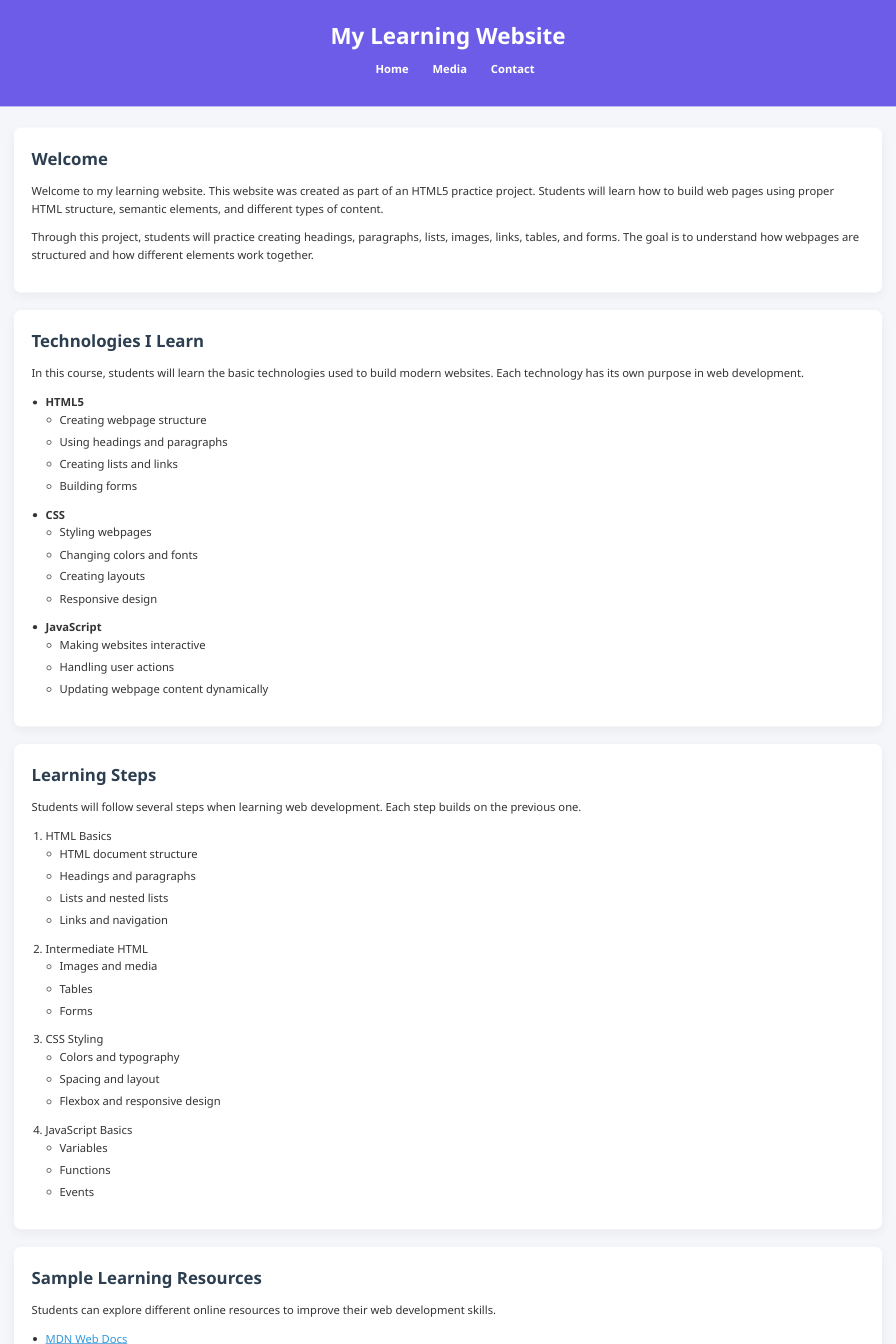
Repository: Than-sothearak/web_client_programing
Page: Week_03/index.html
These files come from the project's save history. The page is drawn as it stood at one moment and after the next save; the edit follows.
The browser window is 1280 px wide. The pictures show the part of the page from y = 0 to 1920 px (the page is 3218 px tall), at 70% of full size.

Above is the page before, as saved 2026-03-24 21:10:57.

After the next save:
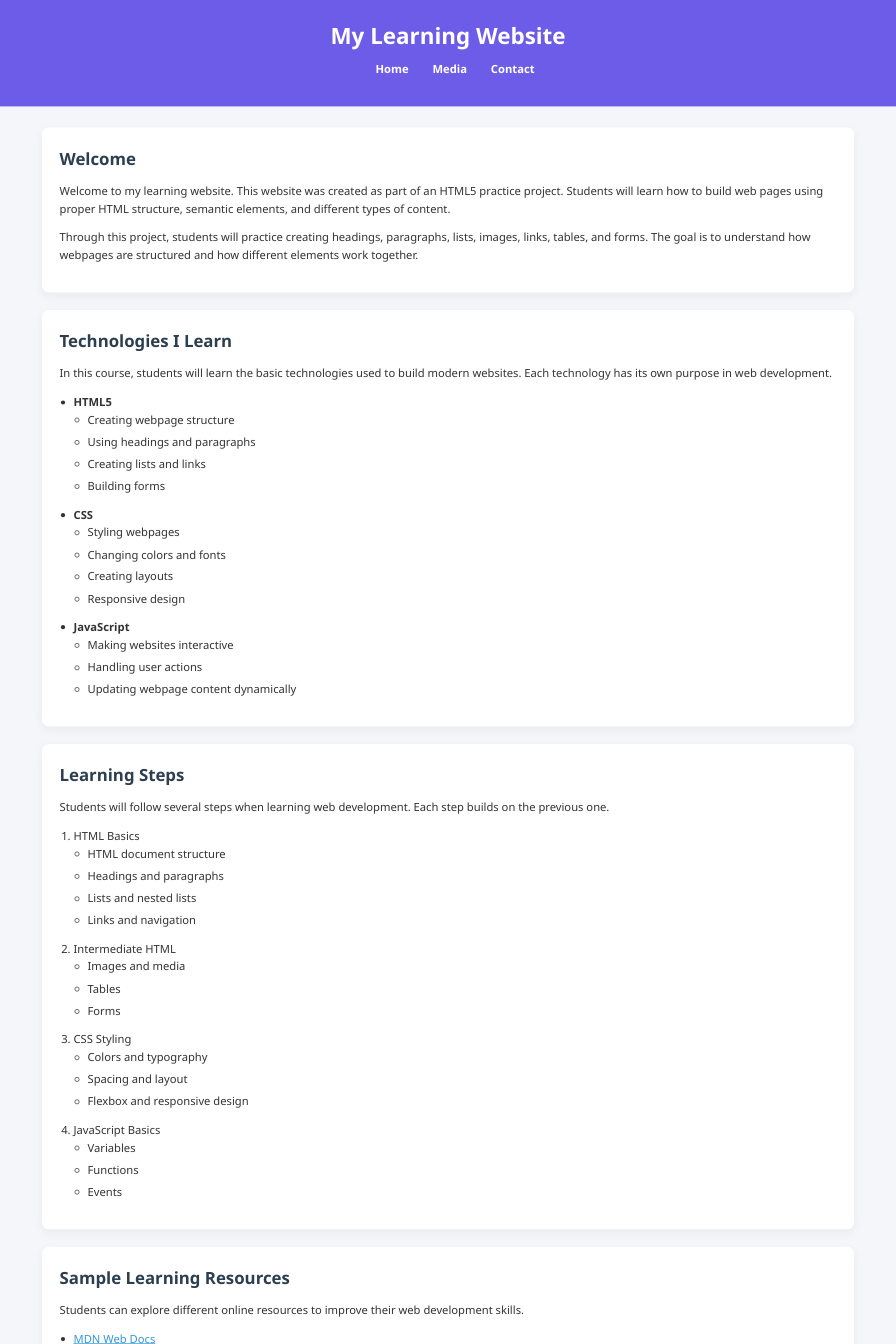
Saved 25 s later.
--- a/Week_03/styles.css
+++ b/Week_03/styles.css
@@ -52,7 +52,7 @@ nav a:hover {
 /* Main container */
 
 main {
-  max-width: 1440px;
+  max-width: 1200px;
   margin: auto;
   padding: 30px 20px;
 }
